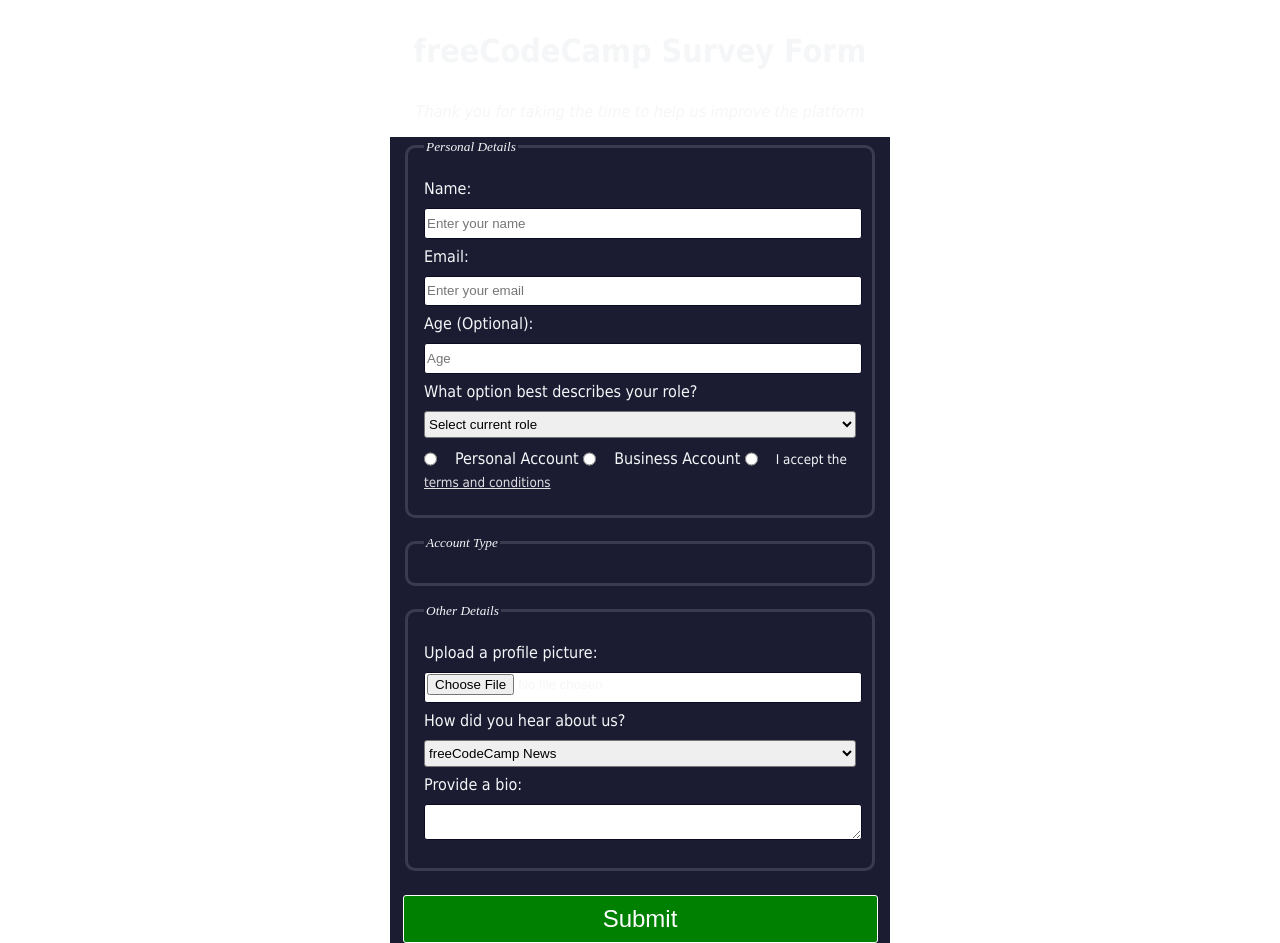
Repository: Lungdjos/survey_form_certification
Page: index.html
These files come from the project's save history. The page is drawn as it stood at one moment and after a run of saves; the edit follows.
The browser window is 1280 px wide. The pictures show the whole page.

Above is the page before, as saved 2023-09-30 02:35:45.

### index.html
<!DOCTYPE html>
<html lang="en">

<head>
    <meta charset="UTF-8">
    <meta name="viewport" content="width=device-width, initial-scale=1.0">
    <title>Survey Form</title>
    <link rel="stylesheet" href="styles.css">
</head>

<body>
    <h1>freeCodeCamp Survey Form </h1>
    <p>Thank you for taking the time to help us improve the platform</p>
    <form action="https://register-demo.freecodecamp.org" method="post">
        <fieldset>
            <legend> <small>Personal Details</small> </legend>
            <label for="name">Name: <input type="text" id="name" name="name" placeholder="Enter your name" required> </label>
            <label for="email">Email: <input type="email" id="email" name="email" placeholder="Enter your email" required> </label>
            <label for="age">Age (Optional): <input type="number" name="age" id="age" min="13" max="100" placeholder="Age"> </label>
            <label for="referrer"> What option best describes your role?
                <select name="referrer" id="referrer">
                    <option value="">Select current role</option>
                    <option value="1"  name="news">Student</option>
                    <option value="2" name="youtube" >Full Time Job</option>
                    <option value="3" name="forum" >Full Time Learner</option>
                    <option value="4" name="other" >Prefer not to say</option>
                    <option value="5" name="other" >Other</option>
                </select>
            </label>
            <label for="">
                <input class="inline" type="radio" name="account-type" id="personal-account" selected> Personal Account
                <input class="inline" type="radio" name="account-type" id="business-account"> Business Account
                <input class="inline" type="radio" name="ts-and-cs" id="terms-and-conditions" required> <small>I accept the <a href="https://www.freecodecamp.org/news/terms-of-service/">terms and conditions</a> </small> </label></label>
        </fieldset>
        <fieldset>
            <legend> <small>Account Type</small></legend>

        </fieldset>
        <fieldset>
            <legend> <small>Other Details</small></legend>
            <label for="profile-pic">Upload a profile picture: <input type="file" name="profile-piture" id="profile-pic"></label>


            <label for="referrer"> How did you hear about us?
                <select name="referrer" id="referrer">
                    <option value="">(select one)</option>
                    <option value="1" selected name="news">freeCodeCamp News</option>
                    <option value="2" name="youtube" >freeCodeCamp YouTube Channel</option>
                    <option value="3" name="forum" >freeCodeCamp Forum</option>
                    <option value="4" name="other" >Other</option>
                </select>
            </label>
            <label for="bio">Provide a bio:
                <textarea name="biography" id="bio" cols="50" rows="2" placeholder="I like coding on the beach..." >
                </textarea>
            </label>
        </fieldset>

        <input type="submit" value="Submit" name="submit" id="submit-btn">
    </form>
</body>

</html>

### styles.css
/* designs for the survey form */


/* CSS for the Registration Form */

body {
    width: 100%;
    height: 100vh;
    /* will need to set the value to */
    margin: 15px 0 15px 0;
    color: #f5f6f7;
    font-size: 16px;
    font-family: Tahoma;
}

label {
    display: block;
    margin: .5rem 0;
}

a {
    color: #dfdfe2;
}

a:hover {
    color: blanchedalmond;
    text-decoration: none;
}

a:active {
    color: #0a0a23;
}

form {}

fieldset {
    margin: 15px;
    border-radius: 10px;
    border: 3px solid #3b3b4f;
    padding: 1rem;
}


/* gets the last element and take effects */


/* fieldset:last-of-type {
    border: none;
} */

input,
textarea,
select {
    margin: 10px 0 0 0;
    width: 100%;
    border-radius: 3px;
    min-height: 2em;
}

input,
textarea {
    background-color: #fff;
    border: 1px solid #0a0a23;
    color: ##0a0a23;
    ;
}

.inline {
    width: unset;
    margin: 0 1em 0 0;
    vertical-align: middle;
}

legend {
    font-style: italic;
    font-family: 'Times New Roman', Times, serif;
}

h1,
p {
    margin: 1em auto;
    text-align: center;
}

p {
    font-style: italic;
}

form {
    /* margin: 0px 30px 0px 30px; */
    margin: 0 auto;
    max-width: 500px;
    min-width: 300px;
    width: 60vw;
    background-color: #1b1b32;
}

#submit-btn:hover {
    background-color: blanchedalmond;
    margin-bottom: 2em;
    color: #0a0a23;
    border: 4px solid #3b3b4f;
    border-radius: 8px;
}

input[name="submit"] {
    display: block;
    width: 95%;
    margin: 1em auto;
    height: 2em;
    font-size: 1.5rem;
    background-color: green;
    color: #fff;
    border-color: white;
    min-width: 1em;
}

input[type="file"] {
    min-height: 2em;
    padding: 1px 2px;
}

After the next 2 saves:
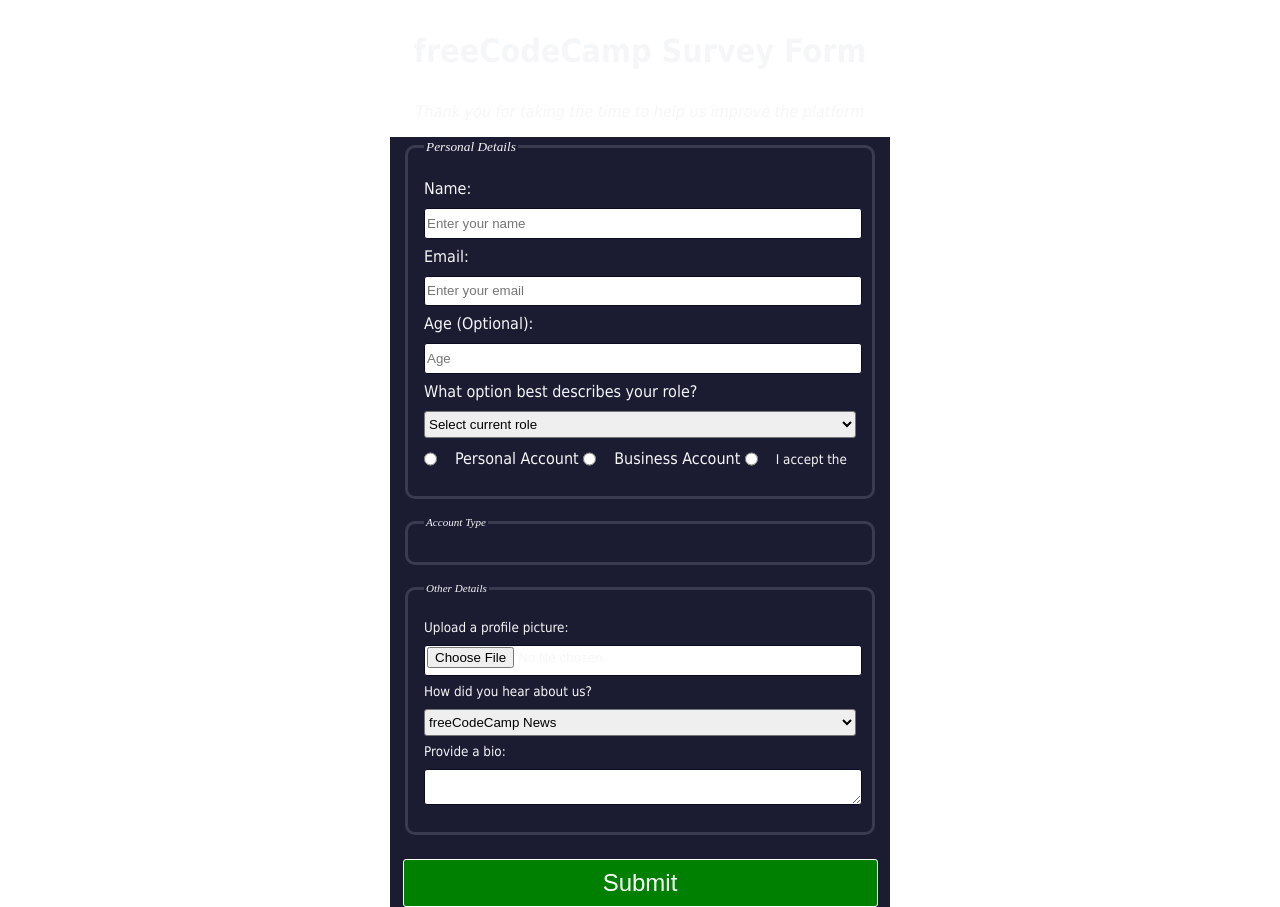
The 2 saves are shown as one change because they came seconds apart.
The last was saved 38 s later.
--- a/index.html
+++ b/index.html
@@ -30,7 +30,7 @@
             <label for="">
                 <input class="inline" type="radio" name="account-type" id="personal-account" selected> Personal Account
                 <input class="inline" type="radio" name="account-type" id="business-account"> Business Account
-                <input class="inline" type="radio" name="ts-and-cs" id="terms-and-conditions" required> <small>I accept the <a href="https://www.freecodecamp.org/news/terms-of-service/">terms and conditions</a> </small> </label></label>
+                <input class="inline" type="radio" name="ts-and-cs" id="terms-and-conditions" required> <small>I accept the
         </fieldset>
         <fieldset>
             <legend> <small>Account Type</small></legend>

After the save that followed:
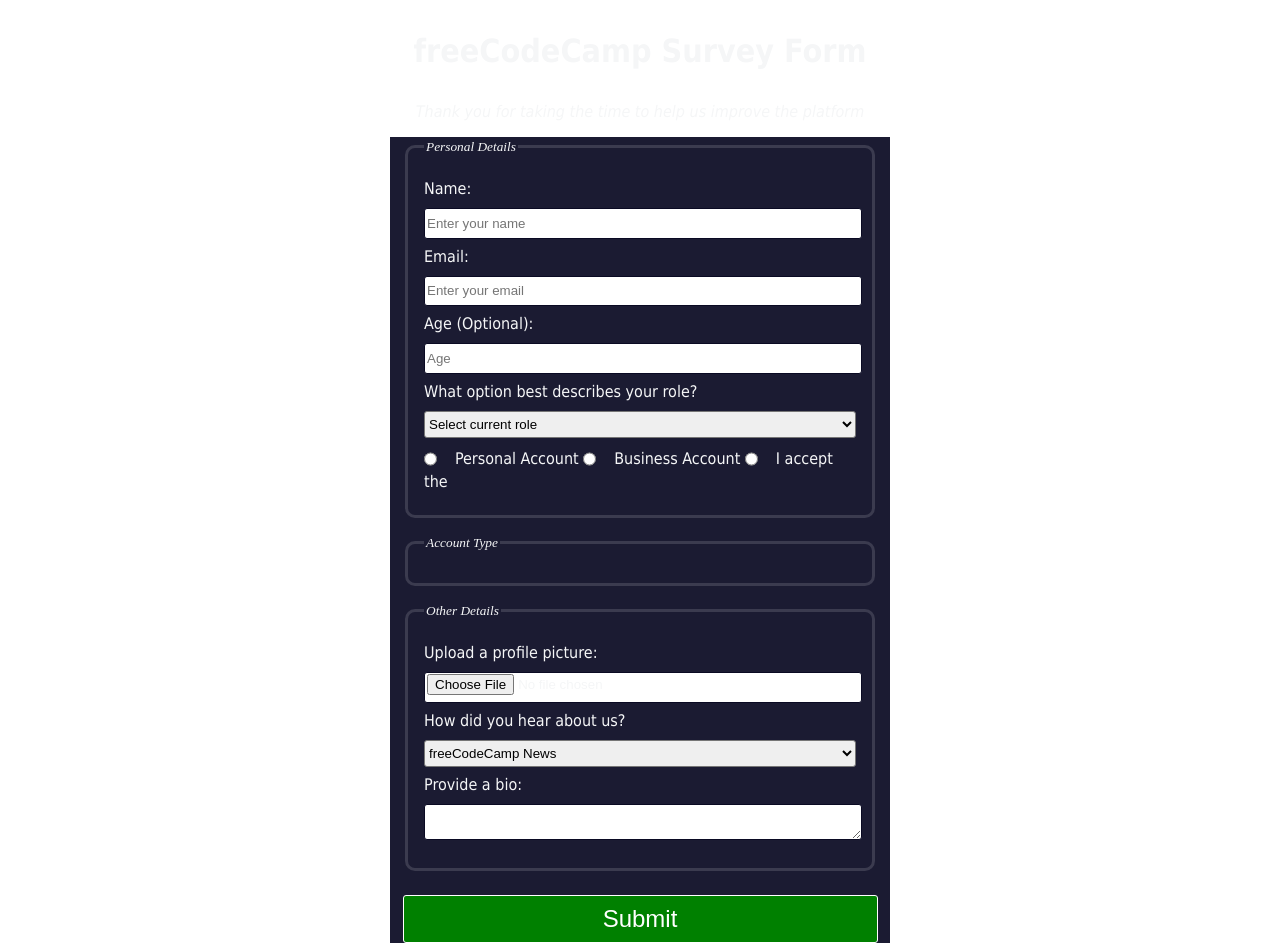
Saved 56 s later.
--- a/index.html
+++ b/index.html
@@ -30,7 +30,7 @@
             <label for="">
                 <input class="inline" type="radio" name="account-type" id="personal-account" selected> Personal Account
                 <input class="inline" type="radio" name="account-type" id="business-account"> Business Account
-                <input class="inline" type="radio" name="ts-and-cs" id="terms-and-conditions" required> <small>I accept the
+                <input class="inline" type="radio" name="ts-and-cs" id="terms-and-conditions" required> I accept the
         </fieldset>
         <fieldset>
             <legend> <small>Account Type</small></legend>
